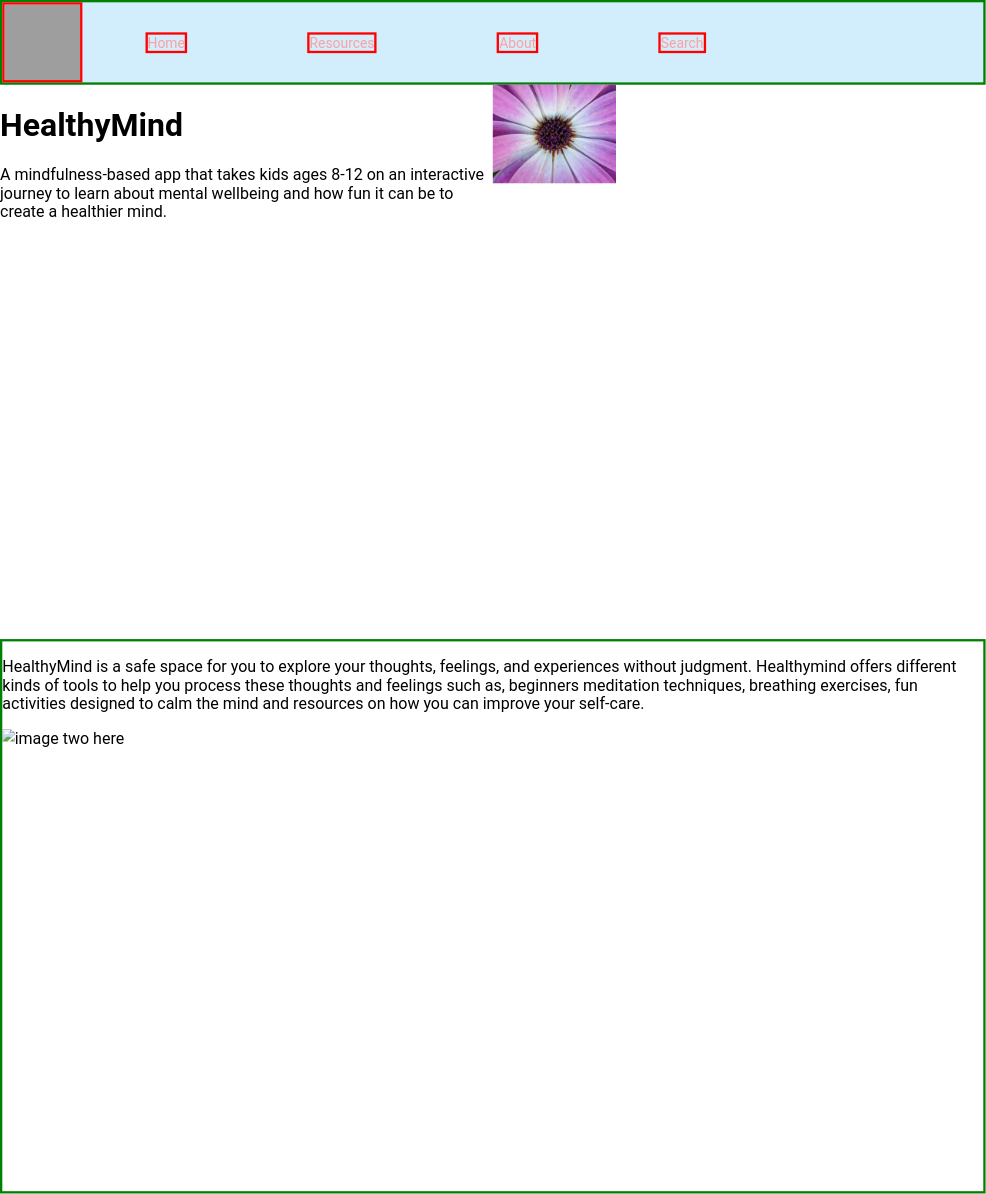
Repository: Nafisa-Huda/HealthierMind
Page: public/index.html
An editor plug-in stored every save of this project. The page is shown before and after the next save, followed by the edit.
The browser window is 1280 px wide. The pictures show the whole page, at 77% of full size.
Pictures or frames that could not be fetched are drawn as grey boxes.

Above is the page before, as saved 2022-07-11 16:04:18.

After the next save:
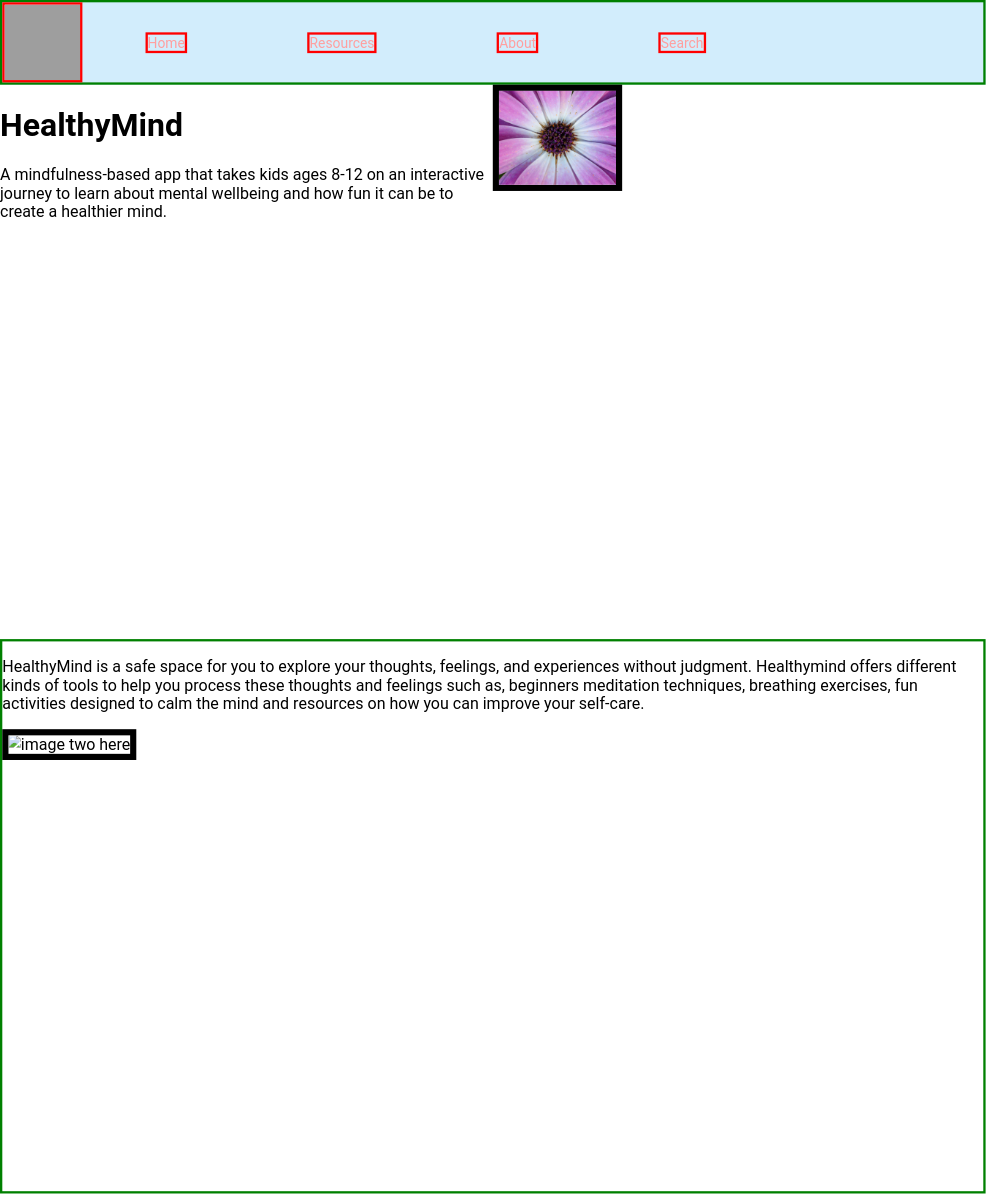
Saved 8 s later.
--- a/public/style.css
+++ b/public/style.css
@@ -32,6 +32,7 @@ header{
   img {
       width: 50%;
       max-height: 100%;
+      border: black solid 0.5rem;
       padding: auto;
   }
 
